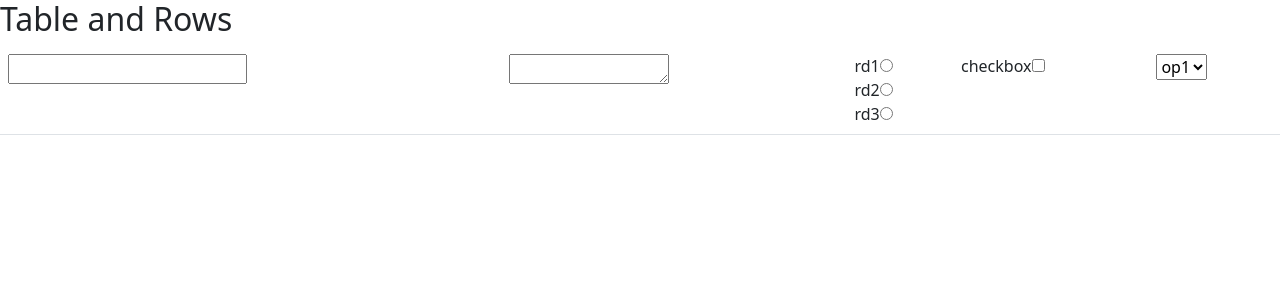
Repository: ishanbassi/iotasol-assignments
Page: /iotasol/work-8
The author's editor kept a copy of each file at every save. The page is drawn from the files as they stood at one save, then again after the next save.
The browser window is 1280 px wide. The pictures show the whole page.
The project was rebuilt for these pictures with package versions that can differ from the ones it lists, and the page was loaded fresh each time. Some packages were replaced by stand-ins written for this rebuild. The framework's server and built-in components were replaced by stand-ins that run in the browser. Also part of the build but not shown: styles/global.css.

Above is the page before, as saved 2022-11-09 12:34:16.

### pages/_app.tsx
import "../styles/global.css"
import 'bootstrap/dist/css/bootstrap.min.css';
export default function App({Component,ComponentProps}){
    return(
        <Component {...ComponentProps}/>
    )
}

### pages/iotasol/work-8.tsx
import { Table } from "react-bootstrap"
import { useState } from "react"
export default function App() {
    const [count, setCount] = useState(1)
    return (
        <>
            <h2>Table and Rows</h2>
            <Table>
                <thead></thead>
                <tbody>
                    <tr>
                        <td>
                            <input type="text" name="small" id="small" />
                        </td>
                        <td>
                            <textarea name="details" id="details" cols={15} rows={1}></textarea>
                        </td>
                        <td>
                            <div>
                                <label htmlFor="rd1">rd1</label>
                                <input type="radio" name="rd" id="rd1" value="rd1" />
                            </div>
                            <div>
                                <label htmlFor="rd2">rd2</label>
                                <input type="radio" name="rd" id="rd2" value="rd2" />
                            </div>
                            <div>
                                <label htmlFor="rd3">rd3</label>
                                <input type="radio" name="rd" id="rd3" value="rd3" />
                            </div>
                        </td>
                        <td>
                            <label htmlFor="check">checkbox</label>
                            <input type="checkbox" name="check" id="check" />
                        </td>
                        <td>
                            <select name="select" id="select">
                                <option value="op1">op1</option>
                                <option value="op2">op2</option>
                                <option value="op3">op3</option>
                            </select>
                        </td>
                    </tr>
                </tbody>
            </Table>
            <style jsx>{`

                `}

            </style>
        </>
    )
}

After the next save:
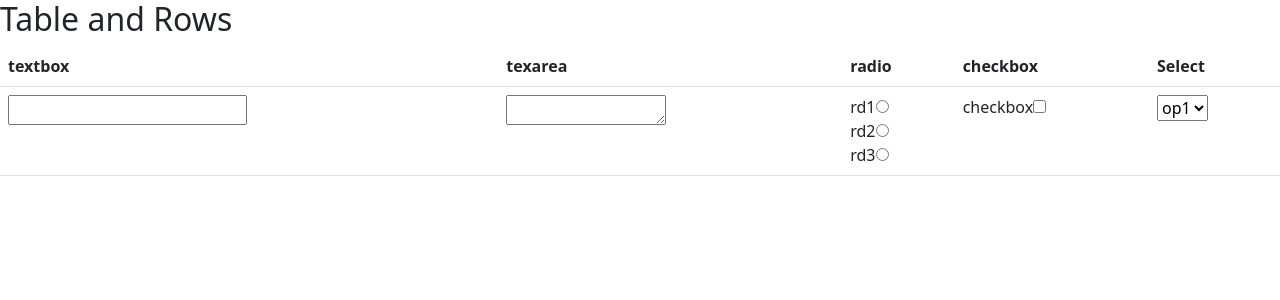
Saved 78 s later.
--- a/pages/iotasol/work-8.tsx
+++ b/pages/iotasol/work-8.tsx
@@ -6,7 +6,15 @@ export default function App() {
         <>
             <h2>Table and Rows</h2>
             <Table>
-                <thead></thead>
+                <thead>
+                    <tr>
+                        <th>textbox</th>
+                        <th>texarea</th>
+                        <th>radio</th>
+                        <th>checkbox</th>
+                        <th>Select</th>
+                    </tr>
+                </thead>
                 <tbody>
                     <tr>
                         <td>
